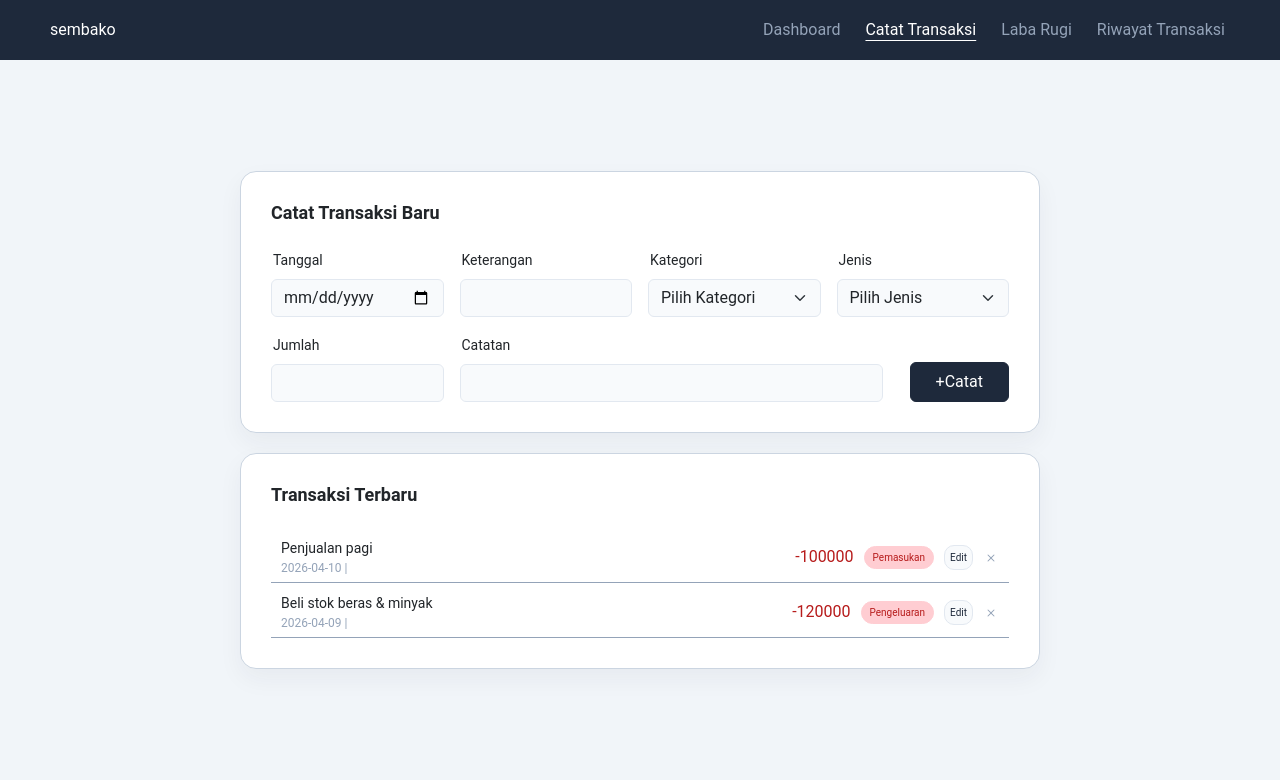
Repository: musdalifahzahra/Projek-Akhir-PWD-2026
Page: http://localhost/3-catat-transaksi.php
These files come from the project's save history. The page is drawn as it stood at one moment and after the next save; the edit follows.
The browser window is 1280 px wide. The pictures show the whole page.
The page is run by PHP 8.4 with error messages shown; the project is at /var/www/html/. The database holds what the project's SQL file puts in it.

Above is the page before, as saved 2026-04-22 14:30:41.

### 3-catat-transaksi.php
<?php
//koneksi ke database
require_once "0-koneksi.php";
require_once "0-ubah.php";
require_once "0-functions.php";

//INPUT FORM TRANSAKSI (INSERT)
//cek submit uda di pencet blm dan cek data berhasil ditambah ngga
if (isset($_POST["submit"])) {
    if (tambah_data($_POST) < 0) {
        echo "Data gagal ditambahkan";
    }
}
?>

<!DOCTYPE html>
<html lang="en">

<head>
    <meta charset="UTF-8">
    <meta name="viewport" content="width=device-width, initial-scale=1.0">
    <title>Catat Transaksi</title>
    <link rel="stylesheet" href="https://cdn.jsdelivr.net/npm/bootstrap@5.3.8/dist/css/bootstrap.min.css">
    <link rel="stylesheet" href="template-css.css">
    <link rel="stylesheet" href="3-catat-transaksi-css.css">
</head>

<body>
    <nav>
        <div class="profile">
            <span>sembako</span>
        </div>
        <div class="nav_list">
            <ul>
                <li><a href="2-dashboard.php">Dashboard</a></li>
                <li><a href="3-catat-transaksi.php" class="nav-active">Catat Transaksi</a></li>
                <li><a href="4-laba-rugi.php">Laba Rugi</a></li>
                <li><a href="5-laporan.php">Riwayat Transaksi</a></li>
            </ul>
        </div>
    </nav>

    <div class="wrap">
        <!-- input transaksi -->
        <div class="input-transaksi card">
            <form class="row g-3" method="POST">
                <h5>Catat Transaksi Baru</h5><br>
                <!-- tanggal -->
                <div class="col-md-3">
                    <label for="tanggal" class="form-label">Tanggal</label>
                    <input type="date" class="form-control" id="tanggal" name="tanggal" required>
                </div>
                <!-- keterangan -->
                <div class="col-md-3">
                    <label for="keterangan" class="form-label">Keterangan</label>
                    <input type="text" class="form-control" id="keterangan" name="keterangan" required>
                </div>
                <!-- kategori -->
                <div class="col-md-3">
                    <label for="inputZip" class="form-label">Kategori</label>
                    <select class="form-select" id="kategori" aria-label="Default select example" name="kategori" required>
                        <option value="" selected disabled>Pilih Kategori</option>
                        <option value="Penjualan">Penjualan</option>
                        <option value="Belanja Stok">Belanja Stok</option>
                        <option value="Operasional">Operasional</option>
                        <option value="Gaji">Gaji</option>
                        <option value="Lain-lain">Lain-lain</option>
                    </select>
                </div>
                <!-- jenis -->
                <div class="col-md-3">
                    <label for="jenis" class="form-label">Jenis</label>
                    <select class="form-select" id="jenis" aria-label="Default select example" name="jenis" required>
                        <option value="" selected disabled>Pilih Jenis</option>
                        <option value="Masuk">Pemasukan</option>
                        <option value="Keluar">Pengeluaran</option>
                    </select>
                </div>
                <!-- jumlah-->
                <div class="col-md-3">
                    <label for="jumlah" class="form-label">Jumlah</label>
                    <input type="number" class="form-control" id="jumlah" name="jumlah" required>
                </div>
                <!-- catatan -->
                <div class="col-md-7">
                    <label for="catatan" class="form-label">Catatan</label>
                    <input type="text" class="form-control" id="catatan" name="catatan">
                </div>
                <!-- submit (+catat) -->
                <div class="col-md-2 d-flex align-items-end justify-content-end">
                    <button type="submit" class="catat btn btn-primary" id="catat" name="submit" required> +Catat </button>
                </div>
                <br>
            </form>
        </div>


        <!-- MENAMPILKAN DAFTRA TRANSAKSI TERBARU -->
        <?php
        //  $transaksi_terbaru = nyimpan data yg diambil dari fungsi transaksi()
        // manggil fungsi transaksi sambil emmbawa parameter yg berfungsi u/ ngambil nya cuma 6
        $transaksi_terbaru = transaksi_terbaru();
        ?>

        <div class="tampil-transaksi-terbaru card">
            <h5>Transaksi Terbaru</h5><br>
            <div class="wrap-transaksi">
                <?php foreach ($transaksi_terbaru as $data) : ?>
                    <div class="satu-transaksi">

                        <div class="a">
                            <p class="keterangan"><?= $data['Keterangan'] ?></p>
                            <p class="tanggal-catatan"><?= $data['Tanggal'] . " | " . $data['Catatan'] ?></p>
                        </div>

                        <div class="b">
                            <!-- jumlah --> <!-- jenis -->
                            <?php if ($data['Jenis'] == "Masuk") { ?>
                                <p class="jumlah-masuk"><?= "+" . $data['Jumlah'] ?></p>
                                <p class="jenis-masuk"><?= $data['Jenis'] ?></p> <?php } else { ?>
                                <p class="jumlah-keluar"><?= "-" . $data['Jumlah'] ?></p>
                                <p class="jenis-keluar"><?= $data['Jenis'] ?></p><?php } ?>

                            <!-- ubah -->
                            <button type="button" class="edit btn btn-primary" data-bs-toggle="modal" data-bs-target="#modal-ubah<?= $data['No'] ?>">
                                Edit
                            </button>

                            <!-- panggil fungsi u/ mengubah data, modal akan muncul apabila user milih ubah -->
                            <?php
                            modal_ubah_data($data);
                            ?>

                            <!-- hapus -->
                            <a class="hapus" href="0-hapus.php?id=<?= $data["No"] ?>" onclick="return confirm('Apakah anda ingin mengapus data tersebut');"> <svg xmlns="http://www.w3.org/2000/svg" width="16" height="16" fill="currentColor" class="bi bi-x" viewBox="0 0 16 16">
                                    <path d="M4.646 4.646a.5.5 0 0 1 .708 0L8 7.293l2.646-2.647a.5.5 0 0 1 .708.708L8.707 8l2.647 2.646a.5.5 0 0 1-.708.708L8 8.707l-2.646 2.647a.5.5 0 0 1-.708-.708L7.293 8 4.646 5.354a.5.5 0 0 1 0-.708" />
                                </svg> </a>
                        </div>
                    </div>
                <?php endforeach; ?>
            </div>
        </div>
    </div>
    <!-- masukin bootstrap js -->
    <script src="https://cdn.jsdelivr.net/npm/bootstrap@5.3.3/dist/js/bootstrap.bundle.min.js"></script>
</body>

</html>
</body>

</html>

### 0-koneksi.php
<?php
$conn = mysqli_connect("localhost", "root", "", "laporan_keuangan");

if ($conn->connect_error) {
    die("Maaf Koneksi Gagal: " . $conn->connect_error);
}

### 0-ubah.php
<?php
require_once "0-koneksi.php";

function modal_ubah_data($data)
{
?>
    <!-- menampilkan pop up ubah data (template modal bootstrap) -->
    <div class="modal fade " id="modal-ubah<?= $data['No'] ?>" data-bs-backdrop="static" data-bs-keyboard="false" tabindex="-1" aria-labelledby="staticBackdropLabel" aria-hidden="true">
        <div class="modal-dialog card">
            <div class="modal-content">
                <div class="modal-header">
                    <h5 class="modal-title fs-5" id="staticBackdropLabel">Ubah data transaksi</h5>
                    <button type="button" class="btn-close" data-bs-dismiss="modal" aria-label="Close"></button>
                </div>
                <div class="modal-body">
                    <!-- input transaksi -->
                    <div class="input-transaksi template">

                        <!-- kalo biasnya kirim datanya lewat a href GET, kalo ini pake form POST -->
                        <form class="row g-3" action="0-koneksi.php" method="POST">
                            <!-- membawa id, id  yang sesuai dengan data yg mau di edit -->
                            <input type="hidden" name="id" value="<?= $data['No'] ?>">

                            <!-- tanggal -->
                            <div class="col-md-3">
                                <label for="tanggal" class="form-label">Tanggal</label>
                                <input type="date" class="form-control" id="tanggal" name="tanggal" value="<?= $data['Tanggal'] ?>" required>
                            </div>
                            <!-- keterangan -->
                            <div class="col-md-3">
                                <label for="keterangan" class="form-label">Keterangan</label>
                                <input type="text" class="form-control" id="keterangan" name="keterangan" value="<?= $data['Keterangan'] ?>" required>
                            </div>
                            <!-- kategori -->
                            <div class="col-md-3">
                                <label for="inputZip" class="form-label">Kategori</label>
                                <select class="form-select" id="kategori" aria-label="Default select example" name="kategori" required>
                                    <option value="" selected disabled>Pilih Kategori</option>
                                    <option value="Penjualan" <?= ($data['Kategori'] == "Penjualan") ? 'selected' : '' ?>>Penjualan</option>
                                    <option value="Belanja Stok" <?= ($data['Kategori'] == "Belanja Stok") ? 'selected' : '' ?>>Belanja Stok</option>
                                    <option value="Operasional" <?= ($data['Kategori'] == "Operasional") ? 'selected' : '' ?>>Operasional</option>
                                    <option value="Gaji" <?= ($data['Kategori'] == "Gaji") ? 'selected' : '' ?>>Gaji</option>
                                    <option value="Lain-lain" <?= ($data['Kategori'] == "Lain-lain") ? 'selected' : '' ?>>Lain-lain</option>
                                </select>
                            </div>
                            <!-- jenis -->
                            <div class="col-md-3">
                                <label for="jenis" class="form-label">Jenis</label>
                                <select class="form-select" id="jenis" aria-label="Default select example" name="jenis" value="<?= $data['Jenis'] ?>" required>
                                    <option value="Masuk" <?= ($data['Jenis'] == "Masuk") ? 'selected' : '' ?>>Pemasukan</option>
                                    <option value="Keluar" <?= ($data['Jenis'] == "Keluar") ? 'selected' : '' ?>>Pengeluaran</option>
                                </select>
                            </div>
                            <!-- jumlah-->
                            <div class="col-md-3">
                                <label for="jumlah" class="form-label">Jumlah</label>
                                <input type="number" class="form-control" id="jumlah" name="jumlah" value="<?= $data['Jumlah'] ?>" required>
                            </div>
                            <!-- catatan -->
                            <div class="col-md-7">
                                <label for="catatan" class="form-label">Catatan</label>
                                <input type="text" class="form-control" id="catatan" name="catatan" value="<?= $data['Catatan'] ?>">
                            </div>
                            <!-- submit (ubah) -->
                            <div class="col-md-2 d-flex align-items-end justify-content-end">
                                <button type="submit" class="btn btn-primary" id="catat" name="submit-ubah" required> Ubah </button>
                            </div>
                            <br>
                        </form>
                    </div>
                </div>
                <!-- <div class="modal-footer">
                                            <button type="button" class="btn btn-secondary" data-bs-dismiss="modal">Close</button>
                                            <button type="button" class="btn btn-primary">Understood</button>
                                        </div> -->
            </div>
        </div>
    </div>


<?php } ?>

### 0-functions.php
<?php
require_once "0-koneksi.php";

// A. page 3-catat-transaksi

function transaksi_terbaru()
{
    global $conn;
    $transaksi_terbaru = mysqli_query($conn, "SELECT * FROM transaksi ORDER BY No DESC LIMIT 6");
    $rows = [];
    while ($row = mysqli_fetch_assoc($transaksi_terbaru)) {
        $rows[] = $row;
    }
    return $rows;
}

//FUNGSI UNTUK MENAMBAHKAN DATA (INSERT)
function tambah_data($data_insert)
{
    global $conn;
    $tanggal = $data_insert["tanggal"];
    $keterangan = $data_insert["keterangan"];
    $kategori = $data_insert["kategori"];
    $jenis = $data_insert["jenis"];
    $jumlah = $data_insert["jumlah"];
    $catatan = $data_insert["catatan"];

    $insert = "INSERT INTO transaksi
              VALUES (null, '$tanggal', '$keterangan', '$kategori', '$jenis', '$jumlah', '$catatan')
              ";

    mysqli_query($conn, $insert);

    //mengembalikan nilai, cek berhasil apa ngga. kalo (1) = berhasil, (-1)= tidak berhasil;
    return mysqli_affected_rows($conn);
}

// FUNGSI UNTUK BACA DATA DARI DATABASE, dipake bwt nampilin transaksi terbaru
function nampilin_data($query)
{
    global $conn;

    $result = mysqli_query($conn, $query);
    //$rows = wadah untuk menyimpan baris-baris yg akan di ambil
    $rows = [];
    while ($row = mysqli_fetch_assoc($result)) {
        $rows[] = $row;
    }
    // mengmebalikan semua baris-baris($row) yg uda kesimpan di $rows
    return $rows;
}

//FUNGSI UNTUK HAPUS
function hapus($id)
{
    global $conn;

    mysqli_query($conn, "DELETE FROM transaksi WHERE No = $id");

    return mysqli_affected_rows($conn);
}

//UNTUK KONDISI KETIKA MENGUBAH DATA
// cek tombol ubah uda d pencet blm
function ubah($data)
{
    global $conn;
    //persiapan ubah data
    // ambil data
    $id = $data["id"];
    $tanggal = $data["tanggal"];
    $keterangan = $data["keterangan"];
    $kategori = $data["kategori"];
    $jenis = $data["jenis"];
    $jumlah = $data["jumlah"];
    $catatan = $data["catatan"];

    $ubah = "UPDATE transaksi SET
                    Tanggal = '$tanggal',
                    Keterangan = '$keterangan',
                    Kategori = '$kategori',
                    Jenis = '$jenis',
                    Jumlah = '$jumlah',
                    Catatan = '$catatan'
                    WHERE No = $id";

    mysqli_query($conn, $ubah);
    return mysqli_affected_rows($conn);
}

// cek data nerhasil di ubah apa ngga
if (isset($_POST["submit-ubah"])) {
    if (ubah($_POST) > 0) {
        echo "
        <script>
        alert('Data berhasil di ubah');
        document.location.href = '3-catat-transaksi.php';
        </script>
        ";
    } else {
        echo "
        <script>
        alert('Data gagal di ubah');
        document.location.href = '3-catat-transaksi.php';
        </script>
        ";
    }
}

### template-css.css
:root {
  --color-nav: #1e293b;
  --color-bag-web: #f1f5f9;
  --color-card: #ffffff;
  --color-belum-dipencet: #94a3b8;
  --color-kurson: #cbd5e1;
  --color-tulisan-utama: #334155;
  --color-pemasukan: #0a3622;
  --color-pemasukan-bg: #d1e7dd;
  --color-pengeluaran: #b71c1c;
  --color-pengeluaran-bg: #ffcdd2;
  --color-border: #e2e8f0;
  --color-border-card: #cbd5e1;
  --color-input: #f8fafc;
  --h1: 32px; /* (judul halaman) */
  --h2: 24px; /* (judul section) */
  --h3: 20px; /* (sub section) */
  --font-judul-card: 18px; /* (judul card) */
  --h5: 16px; /* (label besar) */
  --font-text: 14px; /* (teks biasa) */
  --font-note: 12px; /* (catatan/hint) */
}

body {
  font-family: "Roboto", sans-serif;
}

nav {
  background-color: var(--color-nav);
  height: 60px;
  display: flex;
  align-items: center;
  justify-content: space-between;
  padding: 0px 50px;
  z-index: 1;
  position: sticky;
  top: 0px;
}

nav span {
  color: var(--color-card);
}

nav ul {
  padding: 0px;
  margin: 0px;
  display: flex;
  gap: 20px;
}
nav li {
  margin-right: 5px;
  display: inline;
  font-style: none;
}

nav a {
  color: var(--color-belum-dipencet);
  text-decoration: none;
}

.nav-active {
  color: var(--color-card);
  text-decoration: underline;
  text-underline-offset: 5px;
}

nav a:hover {
  color: var(--color-kurson);
}
body {
  background-color: var(--color-bag-web);
}

### 3-catat-transaksi-css.css
/* 1-wrap */
/* TEMPLATE card page 3 dan page 4 */
.wrap {
  display: flex;
  flex-direction: column;
  z-index: 2;
  width: 100%;
  min-height: 100vh;
  background-color: var(--color-bag-web);
  padding: 50px 20px;
  gap: 20px;
  justify-content: center;
  align-items: center;
}
h5 {
  font-size: var(--font-judul-card);
  font-weight: bold;
}
.card {
  width: 100%;
  max-width: 800px;
  border: 1.2px solid var(--color-border-card);
  background-color: var(--color-card);
  border-radius: 16px;
  box-shadow: 0 10px 25px rgba(30, 41, 59, 0.05);
  padding: 30px;
}

/* 2-card input */
.input-transaksi {
  display: flex;
}
form .catat {
  margin: 0px;
  padding: 0px;
}
.form-label {
  padding-left: 2px;
  font-size: var(--font-text);
}
.form-control,
.form-select {
  background-color: var(--color-input);
  border: 1px solid var(--color-border);
}
.input-transaksi button {
  background-color: var(--color-nav);
  padding: 7px 25px;
  border: 1px solid var(--color-nav);
}
.catat:hover {
  background-color: var(--color-tulisan-utama);
  border: 1px solid var(--color-nav);
  color: var(--color-input);
}

.modal-body button:hover {
  background-color: var(--color-tulisan-utama);
  border: 1px solid var(--color-nav);
  color: var(--color-input);
}

.modal-dialog {
  padding: 10px;
}
/* .catat:active{
  background-color: var(--color-tulisan-utama) ;
  border: 1px solid var(--color-nav);
  color: var(--color-input);
} */

/* 3-card transaksi terbaru */
.transaksi-terbaru {
  display: flex;
  flex: 1;
}
.tampil-transaksi-terbaru {
  margin: 0%;
  width: 100%;
  display: flex;
  flex-direction: column;
  height: auto;
  gap: 0px;
}
.wrap-transaksi {
  display: flex;
  gap: 10px;
  flex-direction: column;
}
.satu-transaksi {
  width: 100%;
  display: grid;
  grid-template-columns: 1fr auto auto auto auto;
  border-bottom: 1px solid var(--color-belum-dipencet);
  padding: 0px 10px 5px 10px;
}
.keterangan {
  font-size: large;
  font-size: var(--font-text);
}
.tanggal-catatan {
  font-size: x-small;
  font-size: var(--font-note);
  color: var(--color-belum-dipencet);
}
.jenis {
  font-size: x-small;
  background-color: aqua;
  border-radius: 25px;
  padding: 4px 10px;
}
.edit {
  font-size: x-small;
  background-color: var(--color-input);
  color: var(--color-nav);
  /* color: var(--color-belum-dipencet); */
  border-radius: 10px;
  padding: 4px 5px;
  border: none;
  border: 0.1px solid var(--color-border);
}
.edit:hover {
  background-color: var(--color-nav);
}

.hapus {
  text-decoration: none;
  color: var(--color-belum-dipencet);
}
.hapus:hover {
  /* line-height: 1px; */
  color: var(--color-pengeluaran);
  /* font-weight: bolder;
  border-radius: 100%;
  padding: 0px 0px;
  background-color: var(--color-pengeluaran-bg); */
}
.b {
  display: flex;
  align-items: center;
  flex-direction: row;
  gap: 10px;
}
p {
  padding: 0px;
  margin: 0px;
}

.jenis-masuk,
.jenis-keluar {
  border-radius: 15px;
  padding: 3px 8px;
  font-size: x-small;
}
.jenis-masuk {
  color: var(--color-pemasukan);
  background-color: var(--color-pemasukan-bg);
  border: 1px solid #c8e6c9;
}
.jenis-keluar {
  color: var(--color-pengeluaran);
  background-color: var(--color-pengeluaran-bg);
  border: 1px solid #ffcdd2;
}
.jumlah-masuk {
  color: var(--color-pemasukan);
}
.jumlah-keluar {
  color: var(--color-pengeluaran);
}

### Laporan_Keuangan.sql (the tables this page reads)
CREATE TABLE `transaksi` (
  `No` int(11) NOT NULL,
  `Tanggal` date DEFAULT NULL,
  `Keterangan` varchar(50) DEFAULT NULL,
  `Kategori` varchar(30) DEFAULT NULL,
  `Jenis` varchar(20) DEFAULT NULL,
  `Jumlah` int(11) DEFAULT NULL,
  `Catatan` varchar(50) DEFAULT NULL,
  PRIMARY KEY (`No`)
) ENGINE=InnoDB DEFAULT CHARSET=utf8mb4 COLLATE=utf8mb4_general_ci;

INSERT INTO `transaksi` VALUES (1,'2026-04-09','Beli stok beras & minyak','Belanja Stok','Pengeluaran',120000,''),(2,'2026-04-10','Penjualan pagi','Penjualan','Pemasukan',100000,'');

After the next save:
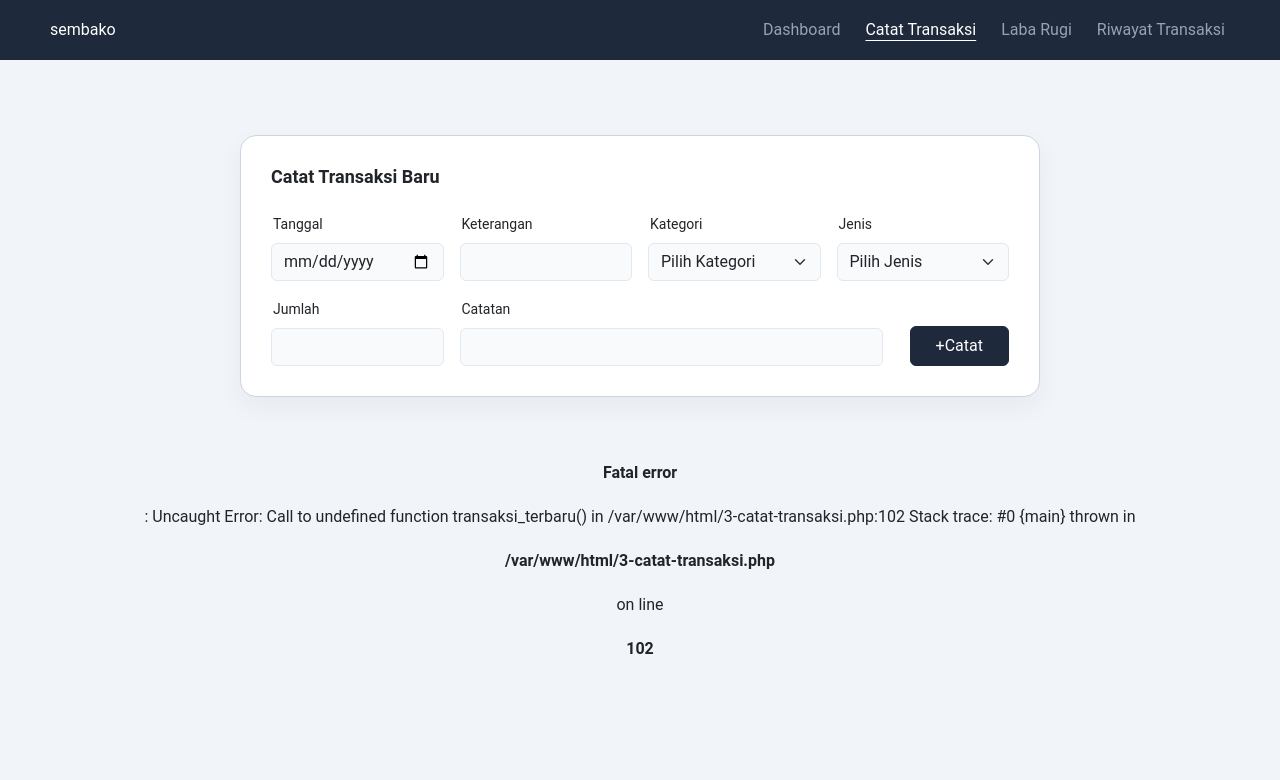
Saved 4 s later.
--- a/0-functions.php
+++ b/0-functions.php
@@ -3,16 +3,7 @@
 
 // A. page 3-catat-transaksi
 
-function transaksi_terbaru()
-{
-    global $conn;
-    $transaksi_terbaru = mysqli_query($conn, "SELECT * FROM transaksi ORDER BY No DESC LIMIT 6");
-    $rows = [];
-    while ($row = mysqli_fetch_assoc($transaksi_terbaru)) {
-        $rows[] = $row;
-    }
-    return $rows;
-}
+
 
 //FUNGSI UNTUK MENAMBAHKAN DATA (INSERT)
 function tambah_data($data_insert)

After the 2 saves that followed:
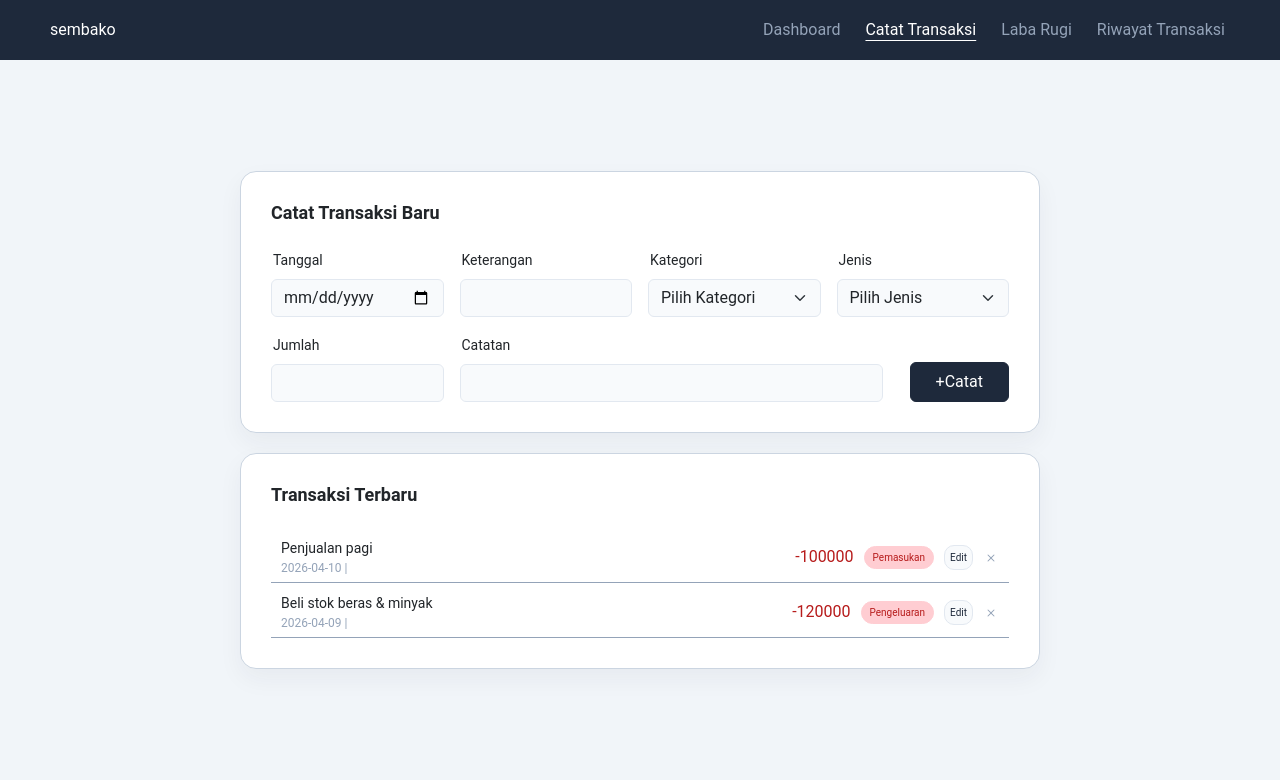
The 2 saves are shown as one change because they came seconds apart.
The last was saved 7 s later.
--- a/0-functions.php
+++ b/0-functions.php
@@ -25,6 +25,18 @@
     //mengembalikan nilai, cek berhasil apa ngga. kalo (1) = berhasil, (-1)= tidak berhasil;
     return mysqli_affected_rows($conn);
 }
+
+function transaksi_terbaru()
+{
+    global $conn;
+    $transaksi_terbaru = mysqli_query($conn, "SELECT * FROM transaksi ORDER BY No DESC LIMIT 6");
+    $rows = [];
+    while ($row = mysqli_fetch_assoc($transaksi_terbaru)) {
+        $rows[] = $row;
+    }
+    return $rows;
+}
+
 
 // FUNGSI UNTUK BACA DATA DARI DATABASE, dipake bwt nampilin transaksi terbaru
 function nampilin_data($query)
